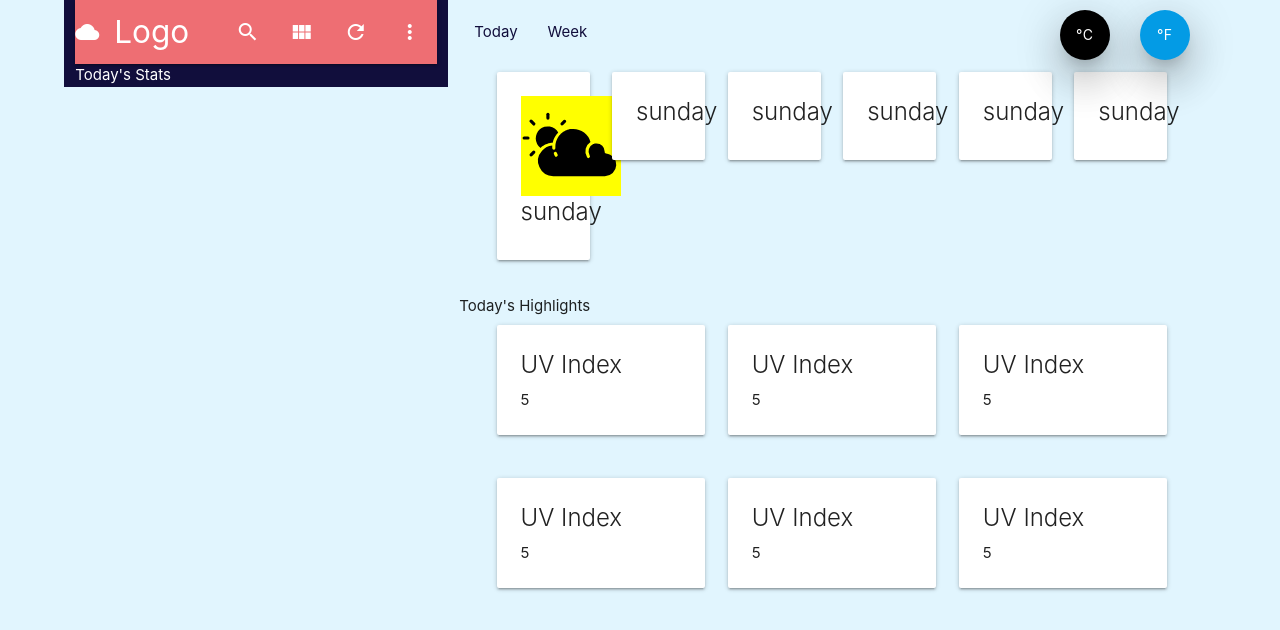
Repository: latenightsnacc/Static-Web-Projects
Page: weather-app/index.html
An editor plug-in stored every save of this project. The page is shown before and after the next save, followed by the edit.
The browser window is 1280 px wide. The pictures show the whole page.
The style sheet was rebuilt from its Sass, Less or Tailwind sources for each picture, by a compiler version that may differ from the author's.

Above is the page before, as saved 2020-07-14 11:47:53.

After the next save:
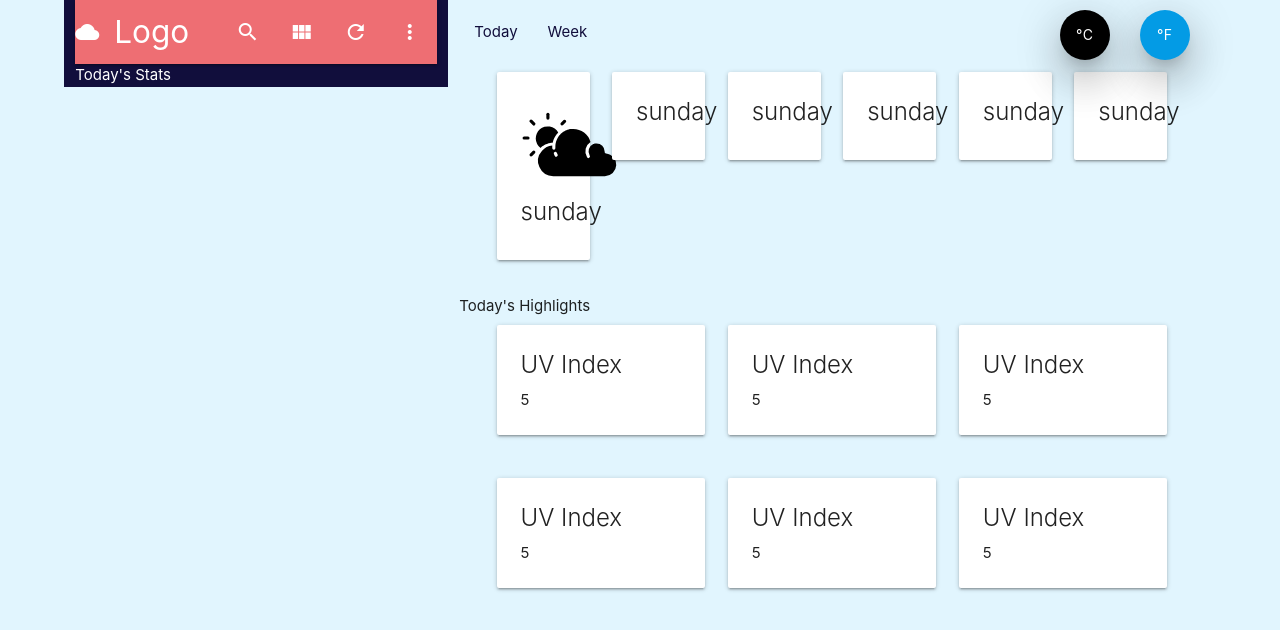
Saved 26 s later.
--- a/weather-app/styles/stylesheet.scss
+++ b/weather-app/styles/stylesheet.scss
@@ -22,7 +22,8 @@
 .weather-icon {
     svg{
         height: 100px;
-        background-color: yellow;
+        background-color: transparent;
+        border: 0;
     }
 }
 .btn {
